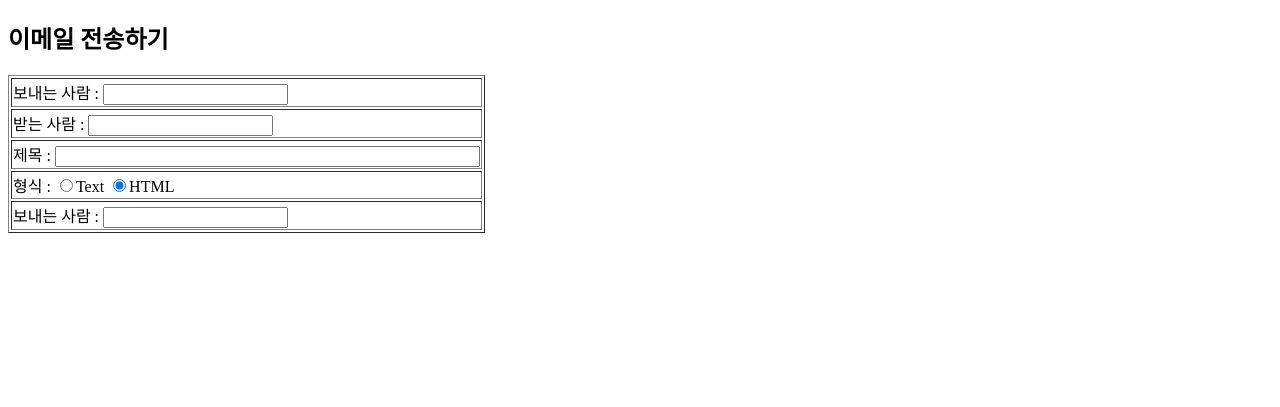
Repository: dogksi/JSP
Page: http://localhost/TestJSP/EmailSend/EmailSendMain.jsp
The author's editor kept a copy of each file at every save. The page is drawn from the files as they stood at one save, then again after the next save.
The browser window is 1280 px wide. The pictures show the whole page.
The page is served by Tomcat 10. Nobody is signed in. The application's start-up code is not run. Other server files are loaded and not shown.

Above is the page before, as saved 2023-09-20 00:46:53.

### TestJSP/src/main/webapp/EmailSend/EmailSendMain.jsp
<%@ page language="java" contentType="text/html; charset=UTF-8"
    pageEncoding="UTF-8"%>
<!DOCTYPE html>
<html>
<head>
<meta charset="UTF-8">
<title>SMTP 이메일 전송</title>
</head>
<body>
	<h2>이메일 전송하기</h2>
	<form method="post" action="SendProcess.jsp">
	<table border="1">
		<tr>
			<td>
				보내는 사람 : <input type="text" name="from" value="" />
			</td>
		</tr>
		<tr>
			<td>
				받는 사람 : <input type="text" name="to" value="" />
			</td>
		</tr>
		<tr>
			<td>
				제목 : <input type="text" name="subject" size="50" value="" />
			</td>
		</tr>
		<tr>
			<td>
				형식 :
				<input type="radio" name="format" value="text" checked />Text
				<input type="radio" name="format" value="html" checked />HTML
			</td>
		</tr>
		<tr>
			<td>
				보내는 사람 : <input type="text" name="from" value="" />
			</td>
		</tr>
	</table>
	</form>
</body>
</html>

After the next save:
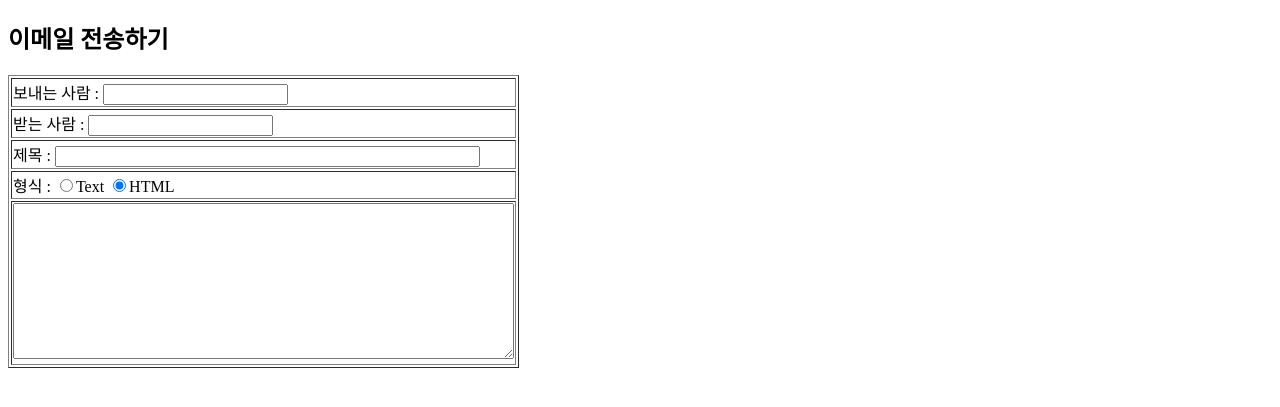
Saved 41 s later.
--- a/TestJSP/src/main/webapp/EmailSend/EmailSendMain.jsp
+++ b/TestJSP/src/main/webapp/EmailSend/EmailSendMain.jsp
@@ -34,7 +34,7 @@
 		</tr>
 		<tr>
 			<td>
-				보내는 사람 : <input type="text" name="from" value="" />
+				<textarea name="content" rows="10" cols="60"></textarea>
 			</td>
 		</tr>
 	</table>
